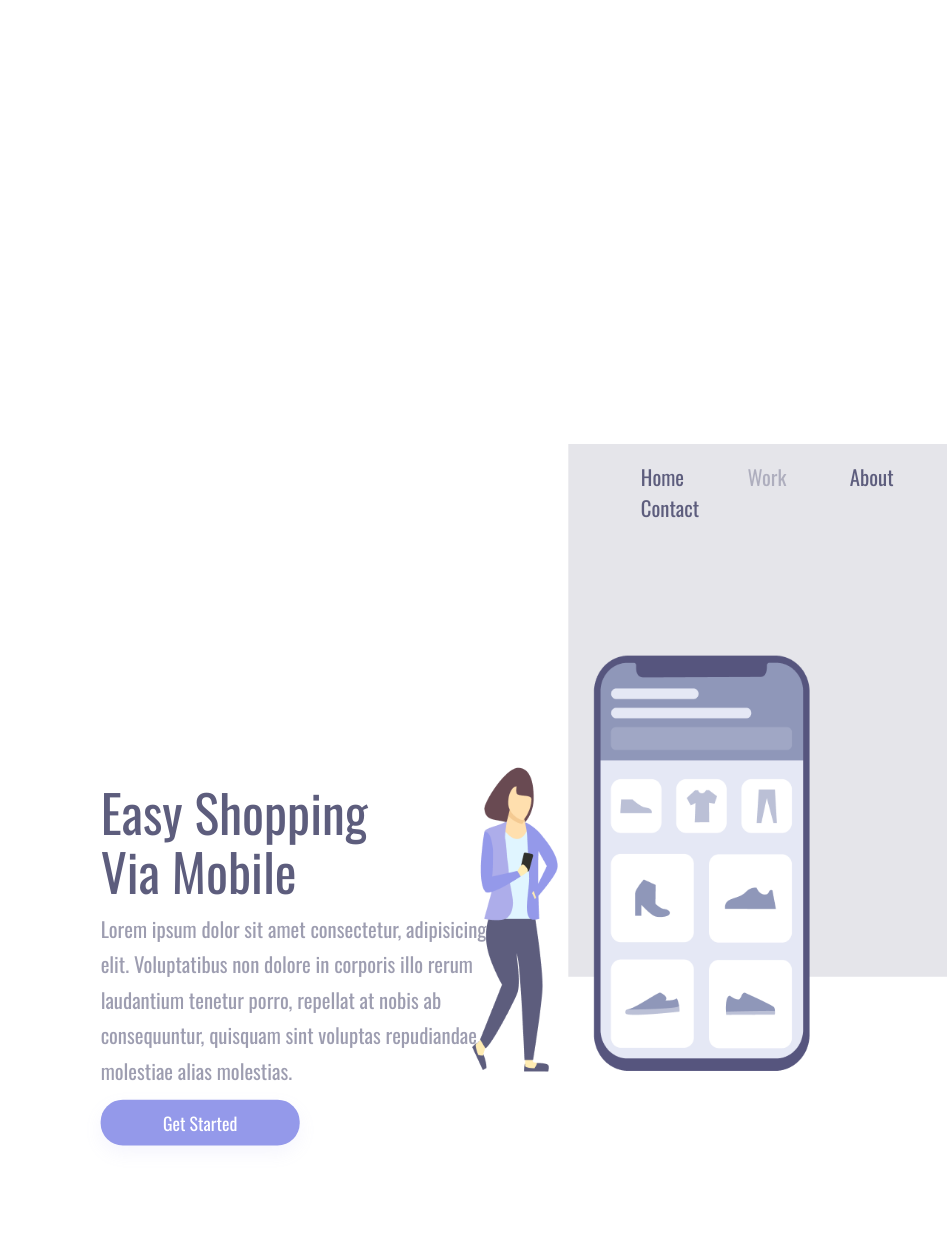
Repository: DihOliver/Projeto-Responsivo
Page: index.html
The author's editor kept a copy of each file at every save. The page is drawn from the files as they stood at one save, then again after the next save.
The browser window is 1280 px wide. The pictures show the whole page, at 74% of full size.
Some web fonts or font styles are not loaded; a fallback is used.

Above is the page before, as saved 2023-06-06 23:12:25.

After the next save:
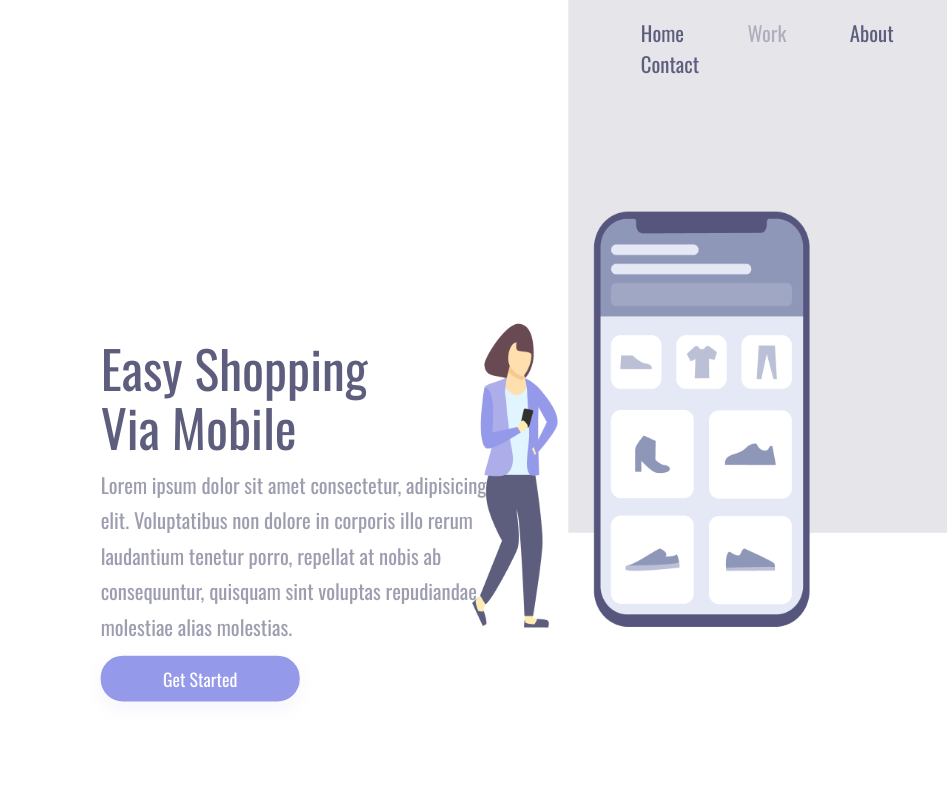
Saved 28 s later.
--- a/styles.css
+++ b/styles.css
@@ -9,7 +9,7 @@
 .wrapper {
     height: 100vh;
     width: 100vw;
-    margin-top: 600px;
+    top: 600px;
 }
 
 .container-left {
